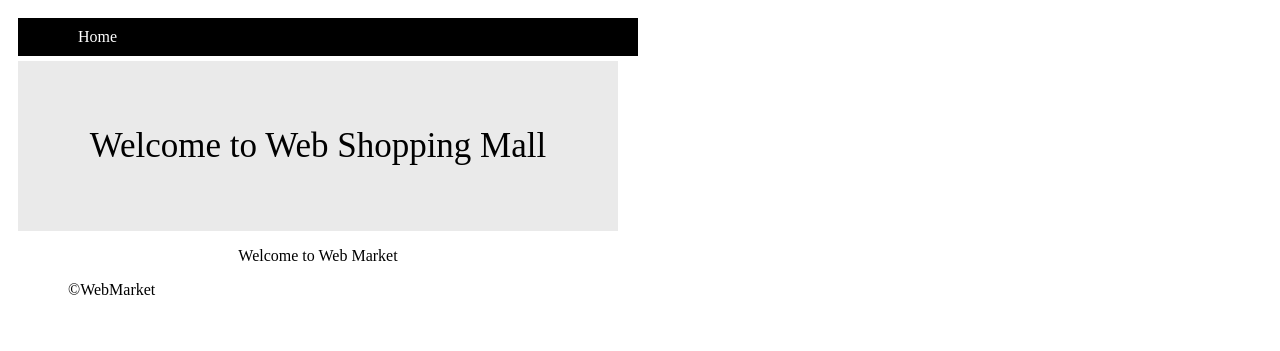
Repository: JuHyeon-S/21-1-Web-Back-end_Programming
Page: http://localhost/week07_20185135/work05_20185135.jsp
These files come from the project's save history. The page is drawn as it stood at one moment and after the next save; the edit follows.
The browser window is 1280 px wide. The pictures show the whole page.
The page is served by Tomcat 9.

Above is the page before, as saved 2021-04-15 03:24:28.

After the next save:
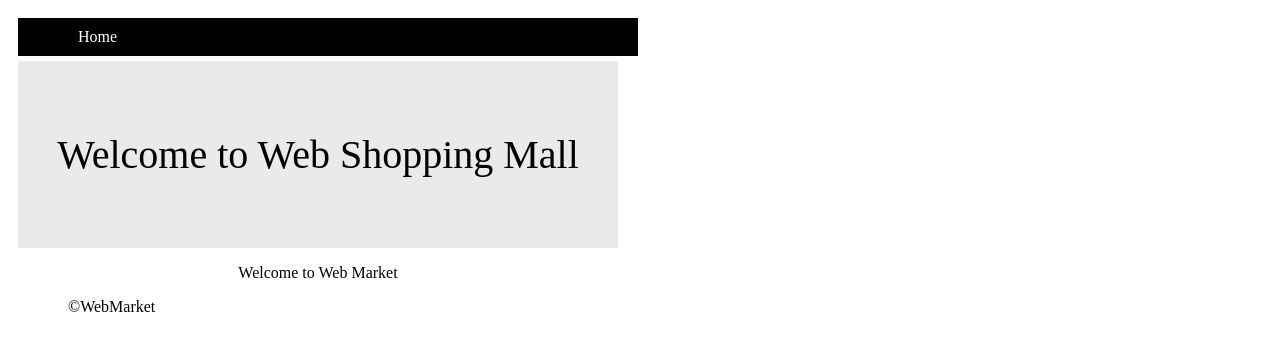
Saved 23 s later.
--- a/week07/week07_20185135/src/main/webapp/work05_20185135_css.css
+++ b/week07/week07_20185135/src/main/webapp/work05_20185135_css.css
@@ -27,7 +27,7 @@ section{
 	padding-top: 30px;
 	padding-bottom: 30px;
 	background-color: rgb(234,234, 234);
-	font-size: 35px;
+	font-size: 40px;
 	text-align: center;
 }
 
